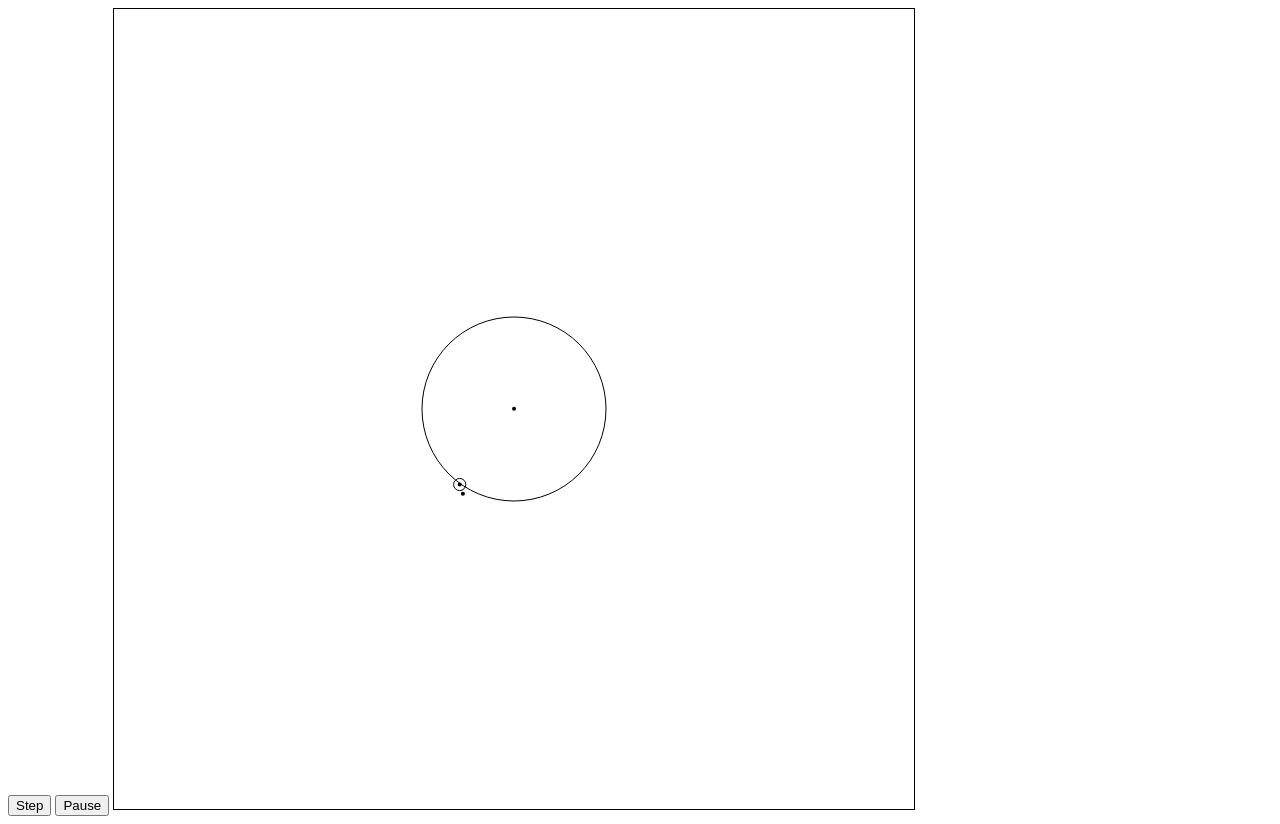
Repository: blahnikkai/n-body-simulation
Page: index.html
These files come from the project's save history. The page is drawn as it stood at one moment and after a run of saves; the edit follows.
The browser window is 1280 px wide. The pictures show the whole page.

Above is the page before, as saved 2024-02-22 16:01:14.

After the next 3 saves:
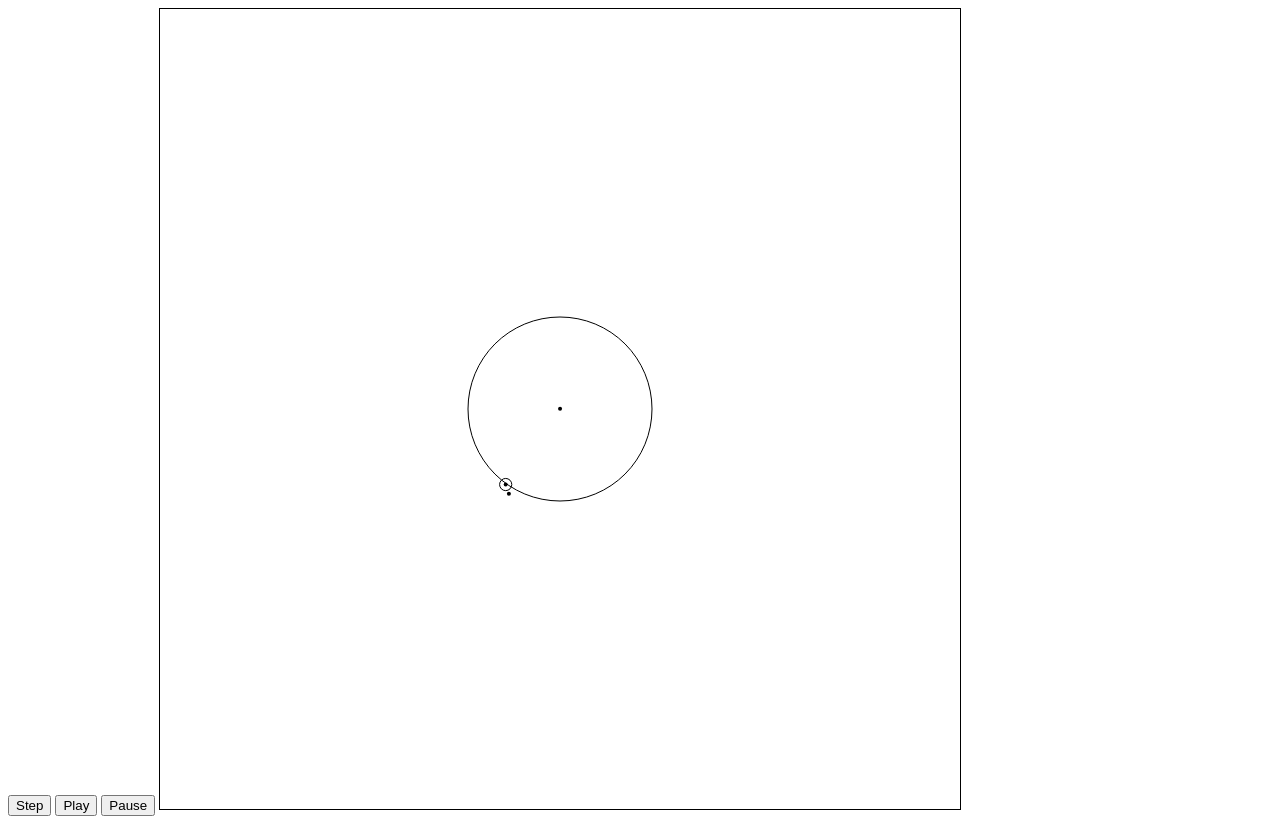
The 3 saves are shown as one change because they came seconds apart.
The last was saved 11 s later.
--- a/index.html
+++ b/index.html
@@ -9,6 +9,7 @@
     </head>
     <body>
         <button id="step">Step</button>
+        <button id="play">Play</button>
         <button id="pause">Pause</button>
         <canvas id="canvas" width="800" height="800">
     </body>
